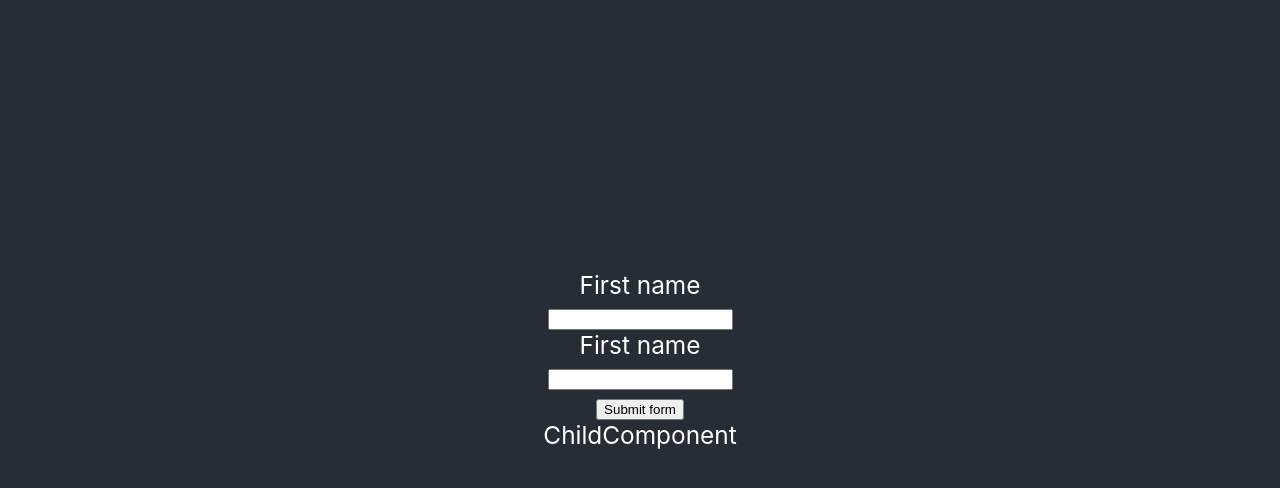
Repository: congbnvn0709/react-tutorial
Page: / (app in to-do-app/)
The author's editor kept a copy of each file at every save. The page is drawn from the files as they stood at one save, then again after the next save.
The browser window is 1280 px wide. The pictures show the whole page.
The project was rebuilt for these pictures with package versions that can differ from the ones it lists, and the page was loaded fresh each time.

Above is the page before, as saved 2023-02-18 20:53:31.

After the next save:
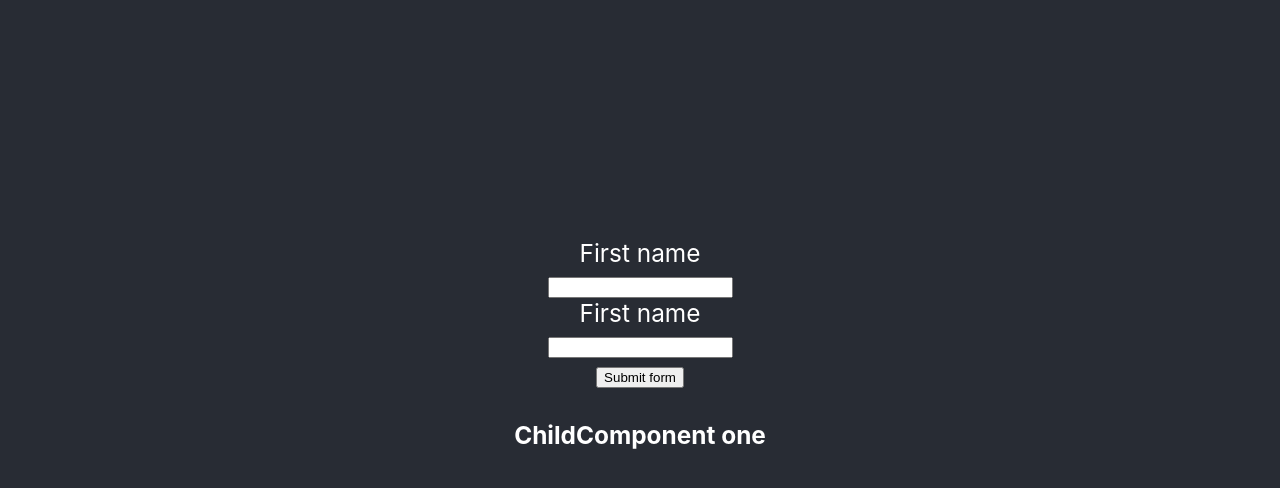
Saved 2 s later.
--- a/to-do-app/src/views/Example/ChildComponent.js
+++ b/to-do-app/src/views/Example/ChildComponent.js
@@ -4,7 +4,7 @@
 
     render() {
         return <>
-           ChildComponent
+            <h4>ChildComponent {this.props.name}</h4>
         </>
     }
 }
